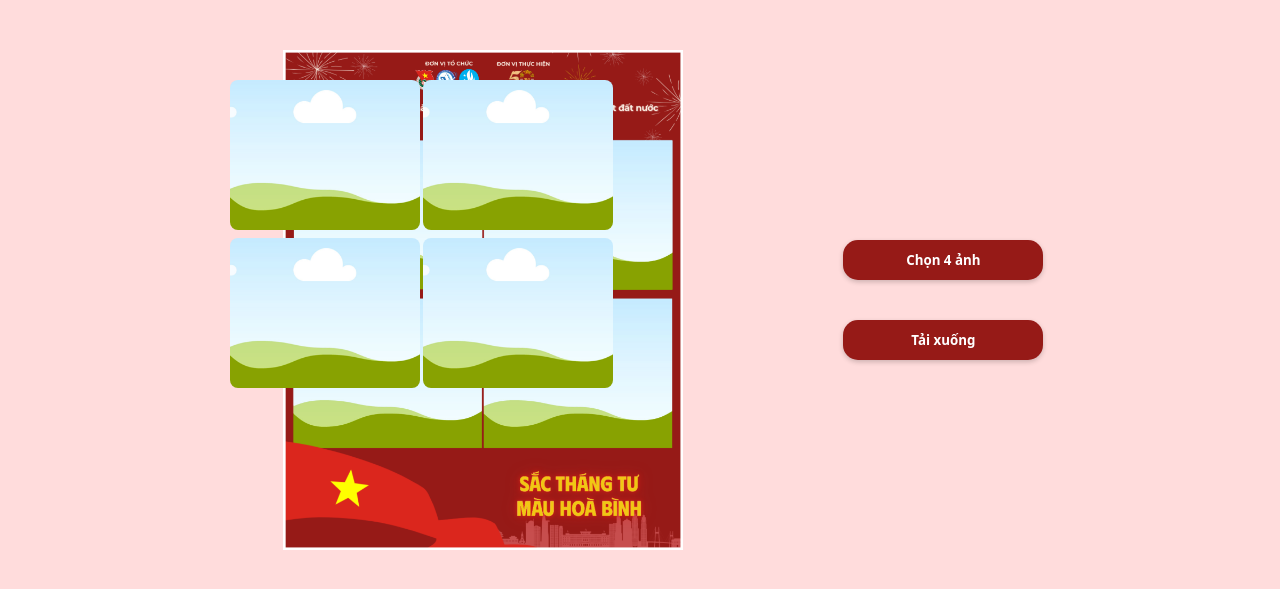
Repository: nguyentambinh/tuoitretdmu
Page: http://localhost/
An editor plug-in stored every save of this project. The page is shown before and after a run of saves, followed by the edit.
The browser window is 1280 px wide. The pictures show the whole page.
The page is run by PHP 8.4 with error messages shown; the project is at /var/www/html/.

Above is the page before, as saved 2025-04-10 15:18:51.

After the next 2 saves:
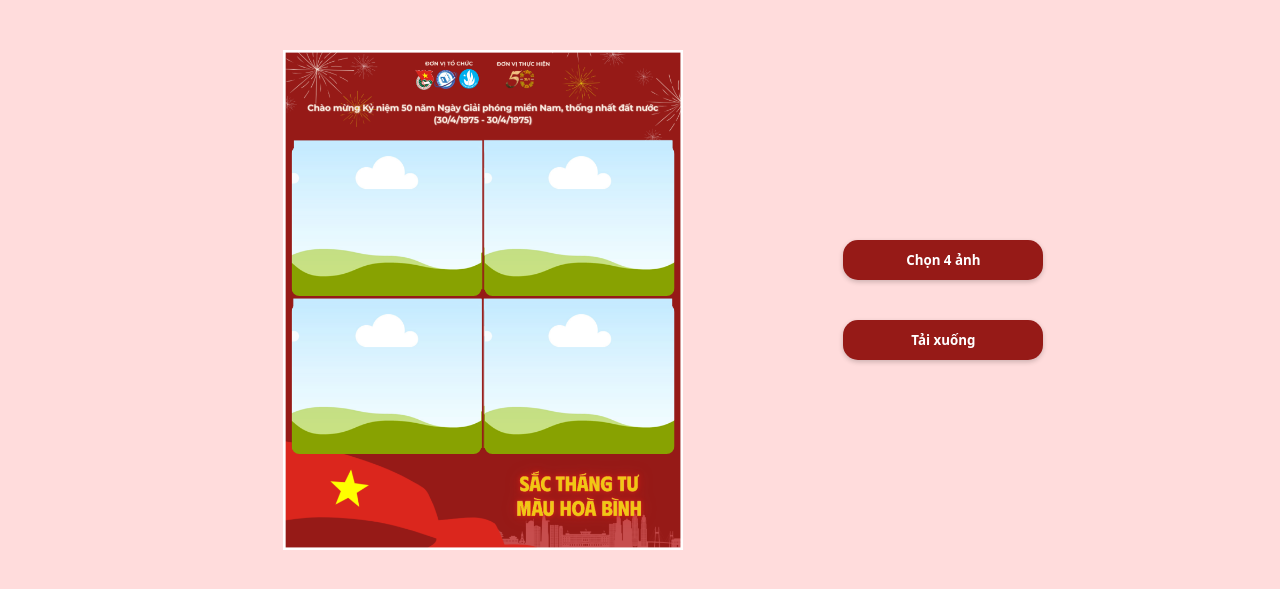
The 2 saves are shown as one change because they came seconds apart.
The last was saved 75 s later.
--- a/main.css
+++ b/main.css
@@ -36,13 +36,15 @@ body {
 /* 4 ảnh con đè lên nền */
 .picture-box {
     position: absolute;
-    top: 30px; /* Tuỳ chỉnh để căn theo background */
-    left: 40px;
+    top: 50%;
+    left: 50%;
+    transform: translate(-50%, -50%);
     display: grid;
     grid-template-columns: 1fr 1fr;
     grid-template-rows: 1fr 1fr;
     gap: 8px 3px;
 }
+
 
 .img-sub {
     width: 190px;
